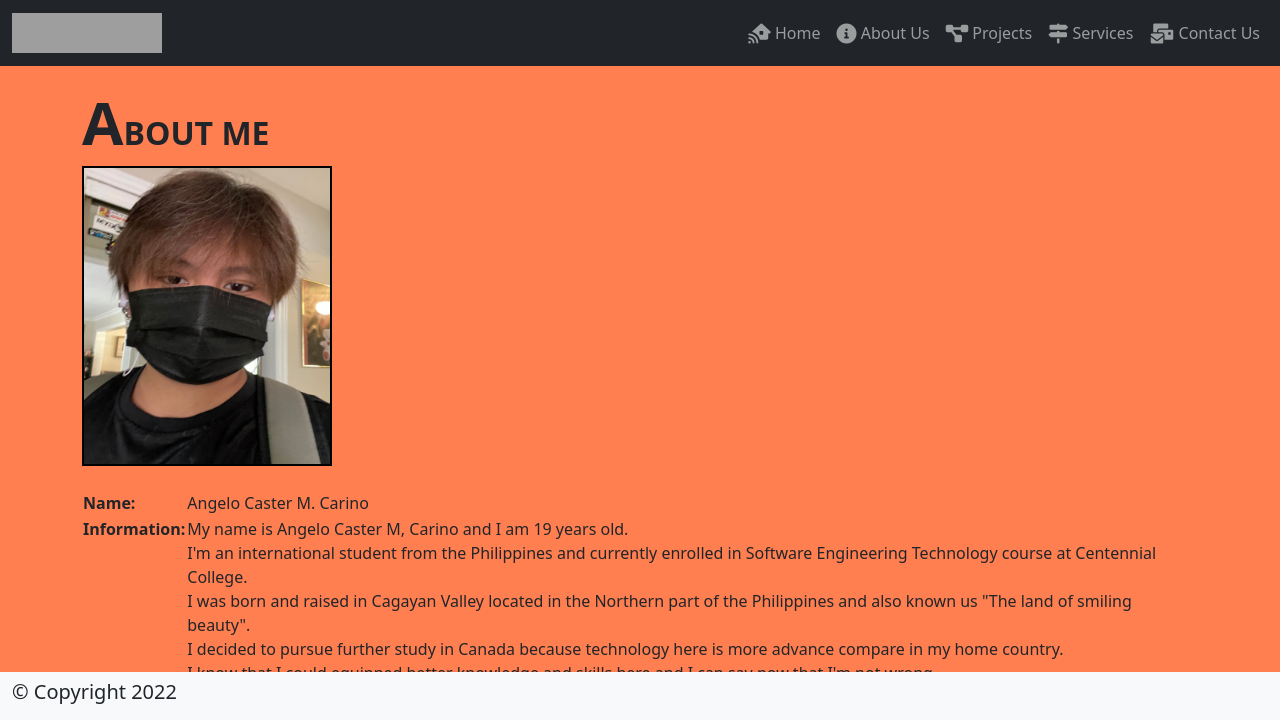
Repository: acarino4/Express-Portfolio-Site
Page: http://localhost/about
An editor plug-in stored every save of this project. The page is shown before and after the next save, followed by the edit.
The browser window is 1280 px wide. The pictures show the whole page.
Pictures or frames that could not be fetched are drawn as grey boxes. The page is served by the project's Node server (server.js).

Above is the page before, as saved 2022-10-08 18:34:40.

After the next save:
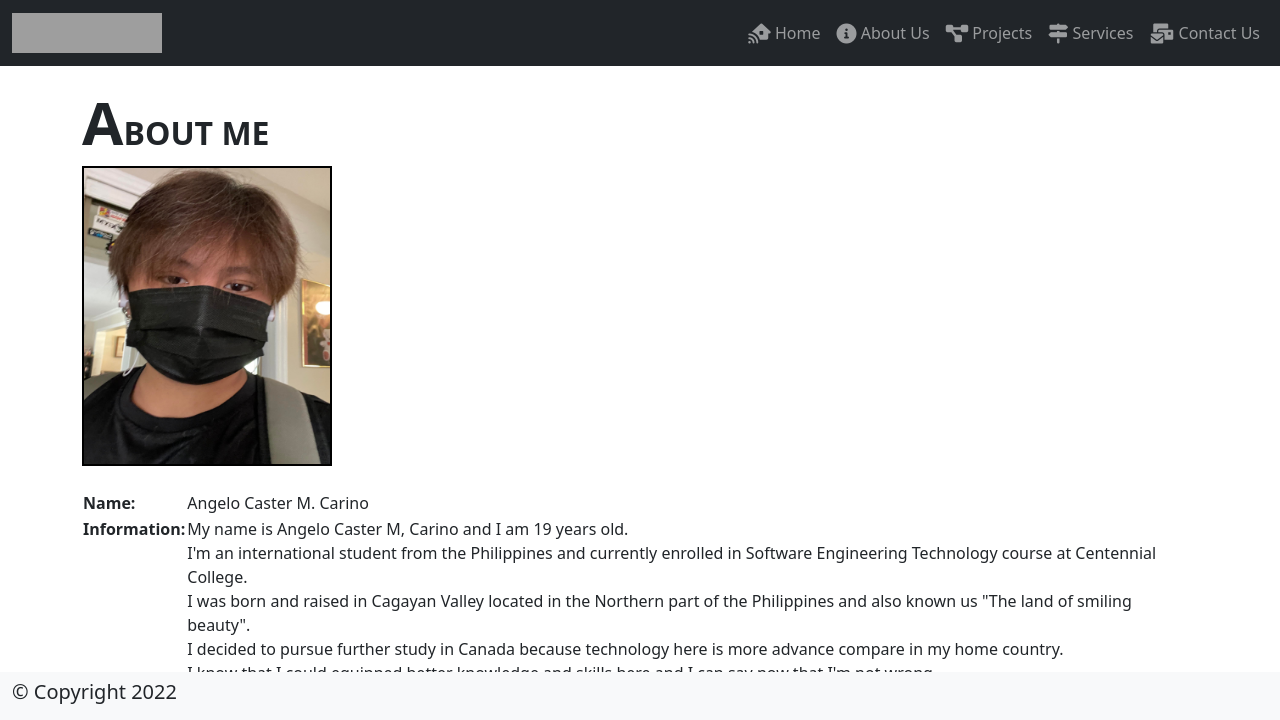
Saved 2 min 27 s later.
--- a/Server/Views/content/about.ejs
+++ b/Server/Views/content/about.ejs
@@ -7,7 +7,7 @@
 <head>
     <style>
         body {
-            background-color:coral;
+            background-color:;
         }
 
    </style>
